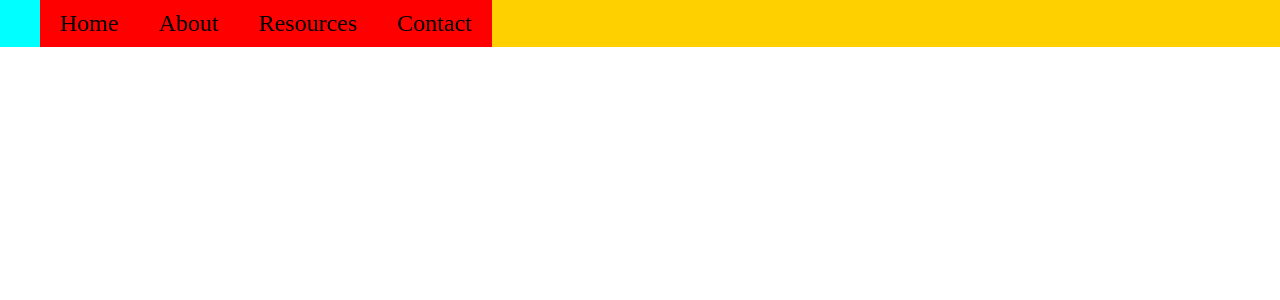
Repository: rdass1/COM421-FinalProject
Page: Website/index.html
These files come from the project's save history. The page is drawn as it stood at one moment and after the next save; the edit follows.
The browser window is 1280 px wide. The pictures show the whole page.

Above is the page before, as saved 2021-05-11 22:48:11.

After the next save:
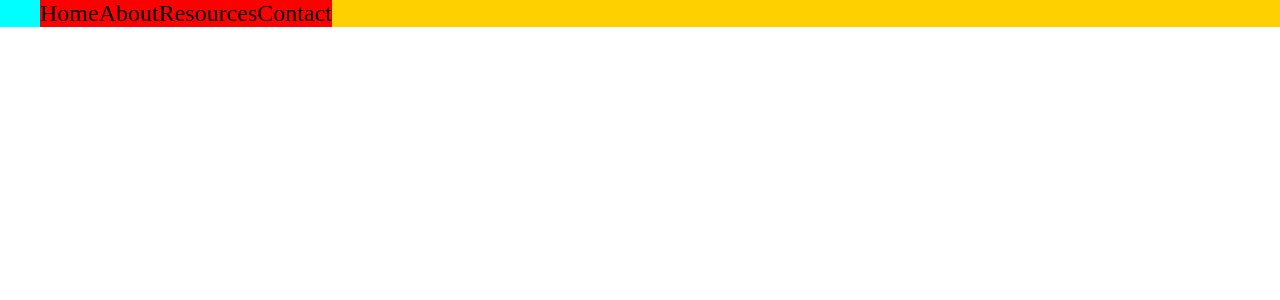
Saved 27 s later.
--- a/Website/css/index.css
+++ b/Website/css/index.css
@@ -28,7 +28,7 @@
 
 #navbar li{
     margin: 0px;
-    padding: 10px 20px 10px 20px;
+
     font-size: 1.5rem;
     background-color:red;
     float:left;

After the save that followed:
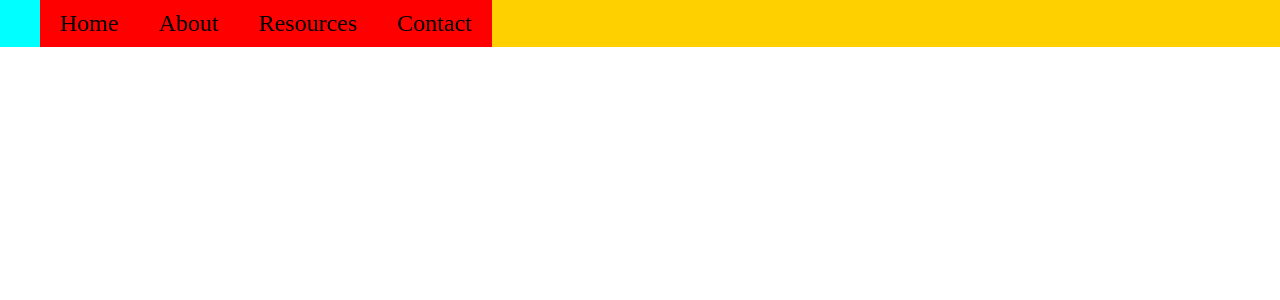
Saved 5 s later.
--- a/Website/css/index.css
+++ b/Website/css/index.css
@@ -28,7 +28,7 @@
 
 #navbar li{
     margin: 0px;
-
+    padding: 10px 20px 10px 20px;
     font-size: 1.5rem;
     background-color:red;
     float:left;
